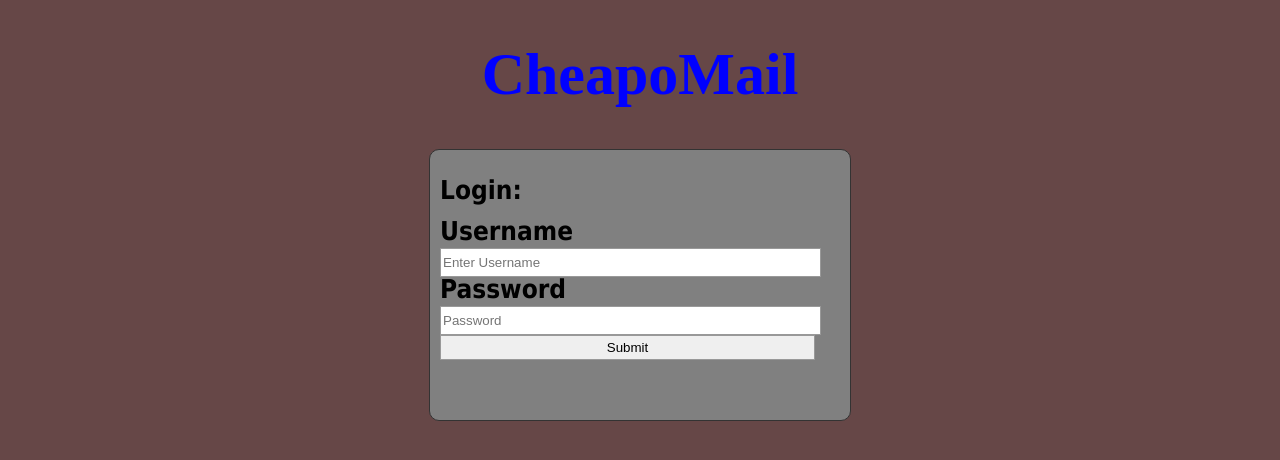
Repository: Wushum/Project-4
Page: cheapomail.html
The author's editor kept a record of every edit. The page is drawn from the files as they stood at one moment, then again after the next edit.
The browser window is 1280 px wide. The pictures show the whole page.

Above is the page before.
Not found: behaviour.js

### cheapomail.html
<!DOCTYPE html >
<html >
	<head>
		<title>Cheapo Mail</title>
		<meta http-equiv="Content-type" content="text/html;charset=ISO-8859-1" />
		<script src='behaviour.js' type='text/javascript'></script>
 		<link rel="stylesheet" type="text/css" href="cheapomail.css" />
	</head>

	<body>
		<div id="heading">
			<h1>CheapoMail</h1>
		</div>

		<form id="login-form"  action='action.php?a=login' method='post'>

			<div>
				<h1>Login:</h1>
				<label>
				<span>Username</span><input id="username" type="text" name="username" placeholder="Enter Username"/>
				</label>

				<label>
				<span>Password</span><input id="password" type="password" name="password" placeholder="Password"/>
				</label>

				<label>
				<input type="submit" value="Submit" />
				</label>

			</div>


 		</form>

	</body>
</html>

### cheapomail.css
body{
  background: #664747;
}

#heading{
  color: blue;
  text-align: center;
  font-size: 30px;

}
#login-form {
background-color: grey;
margin:auto;
position:relative;
width:400px;
height:250px;
font-family: Tahoma;
font-size: 13px;
line-height: 24px;
font-weight: bold;
color: black;
border-radius: 10px;
padding:10px;
border: 1px solid #999;
border: 1px solid #333;
}

label{
  font-size: 2em;
  text-align: center;
}

input    {
width:375px;
display:block;
border: 1px solid #999;
height: 25px;
}

input.button {
width:50px;
position:absolute;
right:20px;
bottom:20px;
background:#09C;
color:#fff;
font-family: Tahoma;
height:30px;
border-radius: 15px;
border: 1px solid #999;
}

input.button:hover {
background:#fff;
color:#09C;
}

After the next edit:
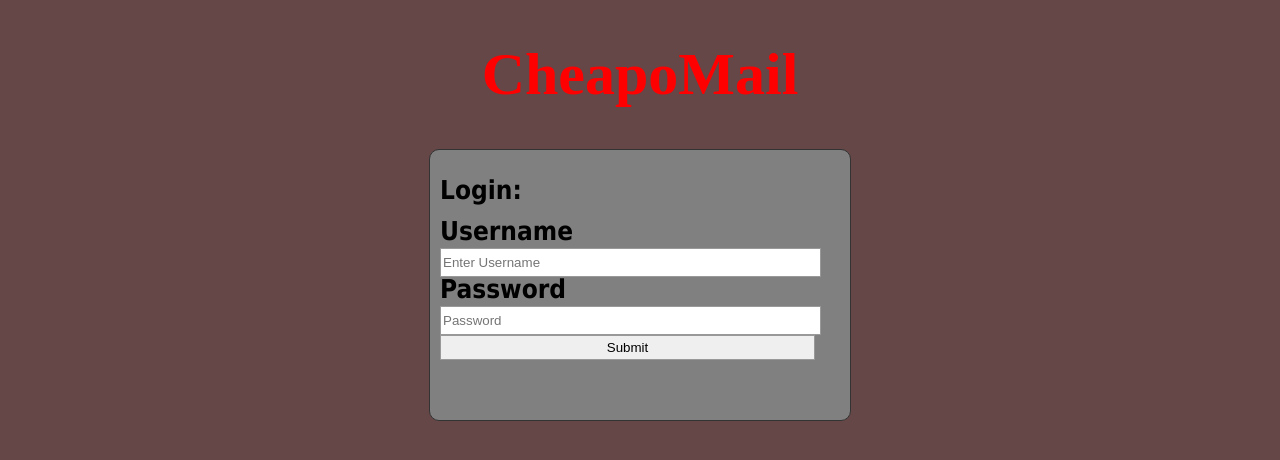
The edit:
--- a/cheapomail.css
+++ b/cheapomail.css
@@ -3,7 +3,7 @@
 }
 
 #heading{
-  color: blue;
+  color: red;
   text-align: center;
   font-size: 30px;
 
